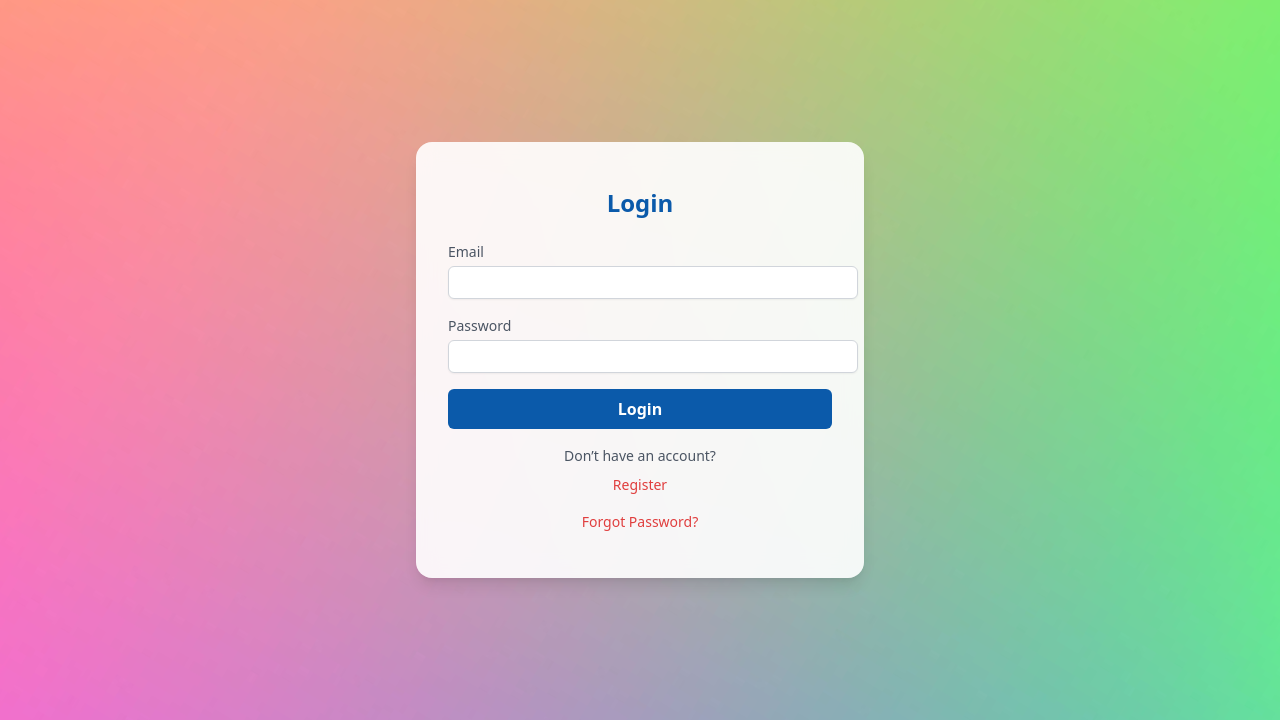
Repository: LoneHeroOne/SmartRecruit
Page: / (app in frontend/)
An editor plug-in stored every save of this project. The page is shown before and after the next save, followed by the edit.
The browser window is 1280 px wide. The pictures show the whole page.
The project was rebuilt for these pictures with package versions that can differ from the ones it lists, and the page was loaded fresh each time. Also part of the build but not shown: frontend/vite.config.ts, frontend/src/Pages/Register.tsx, frontend/src/Pages/ForgotPassword.tsx.

Above is the page before, as saved 2025-09-30 18:22:19.

### frontend/src/App.tsx
import { BrowserRouter, Routes, Route } from 'react-router-dom'
import Login from './Pages/Login'
import Register from './Pages/Register'
import ForgotPassword from './Pages/ForgotPassword'

function App() {
  return (
    <BrowserRouter>
      <Routes>
        <Route path="/" element={<Login />} />
        <Route path="/register" element={<Register />} />
        <Route path="/forgot-password" element={<ForgotPassword />} />
        <Route path="/internships" element={<div>Internships Page</div>} />
      </Routes>
    </BrowserRouter>
  )
}

export default App

### frontend/src/Pages/Login.tsx
import { useState } from "react";
import { useNavigate } from "react-router-dom";
import BackgroundAnimation from "../components/common/BackgroundAnimation";
import {login} from "../Services/authService";
import "./Login.css";

export default function Login() {
  const navigate = useNavigate();
  const [form, setForm] = useState({ email: "", password: "" });
  const [loading, setLoading] = useState(false);
  const [error, setError] = useState("");

  const handleChange = (e: React.ChangeEvent<HTMLInputElement>) => {
    setForm({ ...form, [e.target.name]: e.target.value });
  };

  const handleSubmit = async (e: React.FormEvent<HTMLFormElement>) => {
    e.preventDefault();
    setError("");
    setLoading(true);

    try {
      const res = await login(form);
      localStorage.setItem("token", res.data.access_token);
      navigate("/internships"); // redirect after login
    } catch (err) {
      setError("Invalid email or password");
    } finally {
      setLoading(false);
    }
  };

  return (
    <div className="login-container">
      <BackgroundAnimation />
      <div className="login-card">
        <h1 className="login-title">
          Login
        </h1>

        {error && (
          <div className="error-message">{error}</div>
        )}

        <form onSubmit={handleSubmit} className="login-form">
          {/* Email */}
          <div>
            <label
              htmlFor="email"
              className="form-label"
            >
              Email
            </label>
            <input
              type="email"
              name="email"
              value={form.email}
              onChange={handleChange}
              required
              className="form-input"
            />
          </div>

          {/* Password */}
          <div>
            <label
              htmlFor="password"
              className="form-label"
            >
              Password
            </label>
            <input
              type="password"
              name="password"
              value={form.password}
              onChange={handleChange}
              required
              className="form-input"
            />
          </div>

          {/* Submit */}
          <button
            type="submit"
            disabled={loading}
            className="submit-button"
          >
            {loading ? "Logging in..." : "Login"}
          </button>
        </form>

        <p className="register-prompt">
          Don’t have an account?{" "}
          <a
            href="/register"
            className="register-link"
          >
            Register
          </a>
        </p>

        <p className="register-prompt">
          <a
            href="/forgot-password"
            className="register-link"
          >
            Forgot Password?
          </a>
        </p>

      </div>
    </div>
  );
}

### frontend/src/components/common/BackgroundAnimation.tsx
// src/components/common/LottieBackground.tsx
import { useEffect, useRef } from "react";
import lottie, { AnimationItem } from "lottie-web";
import "./BackgroundAnimation.css";

type BackgroundAnimationProps = {
  /** Path to the Lottie JSON. Defaults to /animations/bg.json */
  src?: string;
  /** Optional: slow down animation (1 = normal). Defaults to 1. */
  speed?: number;
  /** Optional: extra class for custom theming */
  className?: string;
};

export default function BackgroundAnimation({
  src = "/animations/bg.json",
  speed = 1,
  className = "",
}: BackgroundAnimationProps) {
  const containerRef = useRef<HTMLDivElement | null>(null);

  useEffect(() => {
    const prefersReduced =
      typeof window !== "undefined" &&
      window.matchMedia &&
      window.matchMedia("(prefers-reduced-motion: reduce)").matches;

    let anim: AnimationItem | null = null;

    if (containerRef.current) {
      anim = lottie.loadAnimation({
        container: containerRef.current,
        renderer: "svg",
        loop: true,
        autoplay: !prefersReduced,
        path: src, // served from public/
        rendererSettings: {
          preserveAspectRatio: "xMidYMid slice",
          progressiveLoad: true,
          hideOnTransparent: true,
        },
      });

      anim.setSpeed(Math.max(0.1, speed));

      // Pause when tab is not visible to save CPU
      const onVisibility = () => {
        if (!anim) return;
        if (document.hidden) anim.pause();
        else if (!prefersReduced) anim.play();
      };
      document.addEventListener("visibilitychange", onVisibility);

      // If reduced motion, stop at first frame
      if (prefersReduced) {
        anim.addEventListener("DOMLoaded", () => {
          anim?.goToAndStop(0, true);
        });
      }

      return () => {
        document.removeEventListener("visibilitychange", onVisibility);
        anim?.destroy();
      };
    }
  }, [src, speed]);

  return <div className={`lottie-bg ${className}`} aria-hidden="true" ref={containerRef} />;
}

### frontend/src/Services/authService.ts
import api from "./apiClient";

interface LoginData {
  email: string;
  password?: string;
}

interface RegisterData extends LoginData {
  name: string;
}

interface LoginResponse {
  access_token: string;
  token_type: string;
}

export const register = (data: RegisterData) => api.post("/auth/register", data);
export const login = (data: LoginData) => api.post<LoginResponse>("/auth/login", data);
export const forgotPassword = (data: { email: string }) => api.post("/auth/forgot-password", data);
export const getMe = () => api.get("/users/me");

### frontend/src/Pages/Login.css

.login-container {
  position: relative;
  display: flex;
  align-items: center;
  justify-content: center;
  min-height: 100vh;
  overflow: hidden;
}

.login-card {
  background-color: rgba(255, 255, 255, 0.9);
  backdrop-filter: blur(10px);
  padding: 2rem;
  border-radius: 1rem;
  box-shadow: 0 10px 15px -3px rgba(0, 0, 0, 0.1), 0 4px 6px -2px rgba(0, 0, 0, 0.05);
  width: 24rem;
  z-index: 10;
}

.login-title {
  font-size: 1.5rem;
  font-weight: 700;
  margin-bottom: 1.5rem;
  text-align: center;
  color: #0B5AAA;
}

.error-message {
  margin-bottom: 1rem;
  color: #DC2626;
  font-size: 0.875rem;
  text-align: center;
}

.login-form {
  display: flex;
  flex-direction: column;
  gap: 1rem;
}

.form-label {
  display: block;
  font-size: 0.875rem;
  font-weight: 500;
  color: #4B5563;
  margin-bottom: 0.25rem;
}

.form-input {
  width: 100%;
  padding: 0.5rem 0.75rem;
  border: 1px solid #D1D5DB;
  border-radius: 0.375rem;
  box-shadow: 0 1px 2px 0 rgba(0, 0, 0, 0.05);
}

.form-input:focus {
  outline: none;
  box-shadow: 0 0 0 2px #0B5AAA;
}

.submit-button {
  width: 100%;
  background-color: #0B5AAA;
  color: white;
  padding: 0.5rem;
  border-radius: 0.375rem;
  font-weight: 600;
  transition: background-color 0.2s;
}

.submit-button:hover {
  background-color: #094681;
}

.register-prompt {
  margin-top: 1rem;
  text-align: center;
  font-size: 0.875rem;
  color: #4B5563;
}

.register-link {
  color: #E03E3E;
  font-weight: 500;
  display: block;
  width: fit-content;
  margin: 0.5rem auto 0;
  text-align: center;
}

.register-link:hover {
  text-decoration: underline;
}

### frontend/src/Pages/ForgotPassword.css
.forgot-ct {
  position: relative;
  display: flex;
  align-items: center;
  justify-content: center;
  min-height: 100vh;
  overflow: hidden;
}

.forgot-card {
  background-color: rgba(255, 255, 255, 0.9);
  backdrop-filter: blur(10px);
  padding: 2rem;
  border-radius: 1rem;
  box-shadow: 0 10px 15px -3px rgba(0, 0, 0, 0.1), 0 4px 6px -2px rgba(0, 0, 0, 0.05);
  width: 24rem;
  z-index: 10;
}

.forgot-title {
  font-size: 1.5rem;
  font-weight: 700;
  margin-bottom: 1.5rem;
  text-align: center;
  color: #0B5AAA;
}

.error-msg {
  margin-bottom: 1rem;
  color: #DC2626;
  font-size: 0.875rem;
  text-align: center;
}

.success-msg {
  margin-bottom: 1rem;
  color: #16A34A;
  font-size: 0.875rem;
  text-align: center;
}

.forgot-form {
  display: flex;
  flex-direction: column;
  gap: 1rem;
}

.form-label {
  display: block;
  font-size: 0.875rem;
  font-weight: 500;
  color: #4B5563;
  margin-bottom: 0.25rem;
}

.form-input {
  width: 100%;
  padding: 0.5rem 0.75rem;
  border: 1px solid #D1D5DB;
  border-radius: 0.375rem;
  box-shadow: 0 1px 2px 0 rgba(0, 0, 0, 0.05);
}

.form-input:focus {
  outline: none;
  box-shadow: 0 0 0 2px #0B5AAA;
}

.submit-btn {
  width: 100%;
  background-color: #0B5AAA;
  color: white;
  padding: 0.5rem;
  border-radius: 0.375rem;
  font-weight: 600;
  transition: background-color 0.2s;
}

.submit-btn:hover {
  background-color: #094681;
}

.back-prompt {
  margin-top: 1rem;
  text-align: center;
  font-size: 0.875rem;
  color: #4B5563;
}

.back-link {
  color: #0B5AAA;
  font-weight: 500;
  border: none;
  background: none;
  cursor: pointer;
}

.back-link:hover {
  text-decoration: underline;
}

### frontend/src/components/common/BackgroundAnimation.css
/* src/components/common/BackgroundAnimation.css */
.lottie-bg {
  position: fixed;
  inset: 0;
  z-index: 0;               /* keep it behind your cards/forms */
  pointer-events: none;
  overflow: hidden;
}

/* Optional fallback background if JSON fails to load */
.lottie-bg {
  background: linear-gradient(135deg,
    var(--tt-blue, #0072bc),
    var(--tt-purple, #6a1b9a),
    var(--tt-magenta, #d81b60),
    var(--tt-green, #43a047),
    var(--tt-yellow, #f6c000)
  );
  background-size: 200% 200%;
  animation: bgShift 28s ease infinite;
}

@keyframes bgShift {
  0%   { background-position: 0% 50%; }
  50%  { background-position: 100% 50%; }
  100% { background-position: 0% 50%; }
}

/* Respect reduced motion: pause gradient animation too */
@media (prefers-reduced-motion: reduce) {
  .lottie-bg {
    animation: none;
  }
}

### frontend/src/Services/apiClient.js
import axios from "axios";

const api = axios.create({
  baseURL: "http://localhost:8000", // change to deployed FastAPI backend
});

api.interceptors.request.use((config) => {
  const token = localStorage.getItem("token");
  if (token) config.headers.Authorization = `Bearer ${token}`;
  return config;
});

export default api;

### frontend/public/animations/Bg.json
{"v":"5.9.0","fr":60,"ip":0,"op":301,"w":1000,"h":1000,"nm":"Background","ddd":0,"assets":[{"id":"image_0","w":2000,"h":2000,"u":"","p":"data:[embedded picture, 203615 characters]","e":1}],"layers":[{"ddd":0,"ind":1,"ty":2,"nm":"Layer 1","refId":"image_0","sr":1,"ks":{"o":{"a":0,"k":100,"ix":11},"r":{"a":1,"k":[{"i":{"x":[0.833],"y":[0.833]},"o":{"x":[0.167],"y":[0.167]},"t":0,"s":[0]},{"t":300,"s":[360]}],"ix":10},"p":{"a":1,"k":[{"i":{"x":0.833,"y":0.833},"o":{"x":0.167,"y":0.167},"t":0,"s":[500,500,0],"to":[0,60,0],"ti":[0,-13.333,0]},{"i":{"x":0.833,"y":0.833},"o":{"x":0.167,"y":0.167},"t":60,"s":[500,860,0],"to":[0,13.333,0],"ti":[0,86.667,0]},{"i":{"x":0.833,"y":0.833},"o":{"x":0.167,"y":0.167},"t":120,"s":[500,580,0],"to":[0,-86.667,0],"ti":[0,20,0]},{"i":{"x":0.833,"y":0.833},"o":{"x":0.167,"y":0.167},"t":180,"s":[500,340,0],"to":[0,-20,0],"ti":[0,-26.667,0]},{"i":{"x":0.833,"y":0.833},"o":{"x":0.167,"y":0.167},"t":240,"s":[500,460,0],"to":[0,26.667,0],"ti":[0,-6.667,0]},{"t":300,"s":[500,500,0]}],"ix":2,"l":2},"a":{"a":0,"k":[1000,1000,0],"ix":1,"l":2},"s":{"a":0,"k":[100,100,100],"ix":6,"l":2}},"ao":0,"ip":0,"op":600,"st":0,"bm":0}],"markers":[]}

Loaded but not shown: frontend/index.html (common file); frontend/src/main.tsx (common file); frontend/src/index.css (common file)

After the next save:
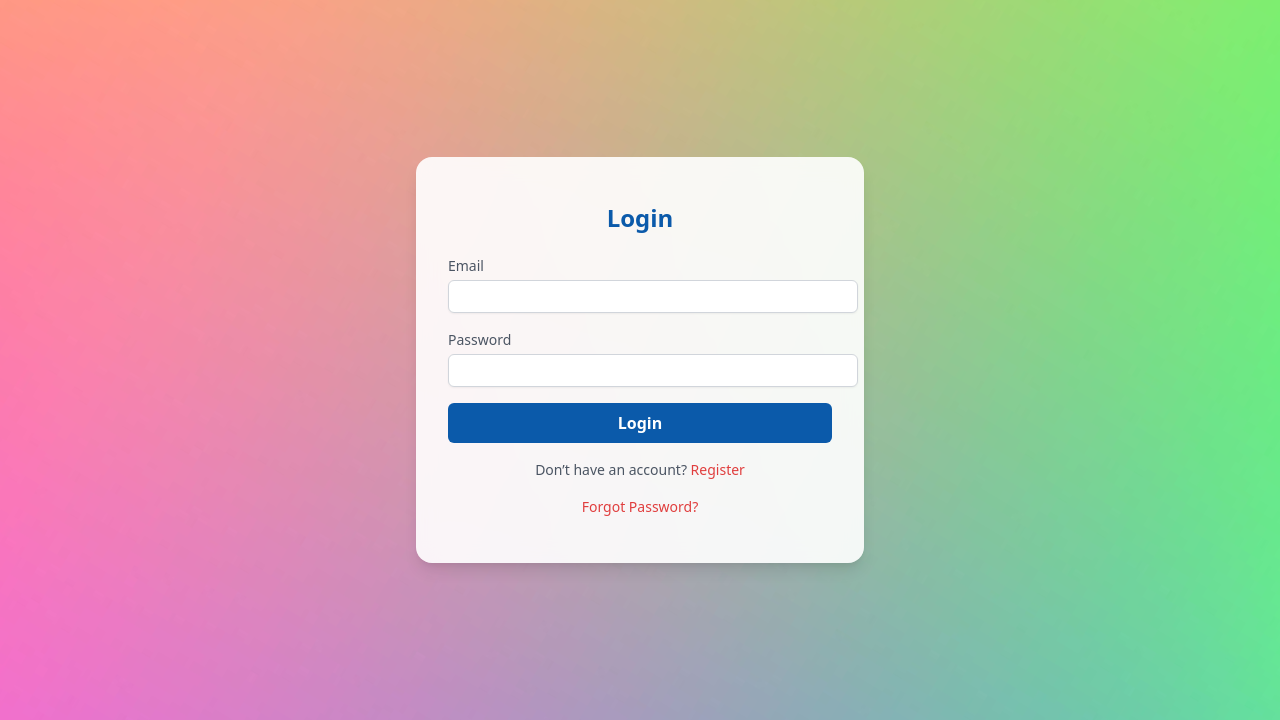
Saved 50 s later.
--- a/frontend/src/Pages/Login.css
+++ b/frontend/src/Pages/Login.css
@@ -84,10 +84,6 @@
 .register-link {
   color: #E03E3E;
   font-weight: 500;
-  display: block;
-  width: fit-content;
-  margin: 0.5rem auto 0;
-  text-align: center;
 }
 
 .register-link:hover {
